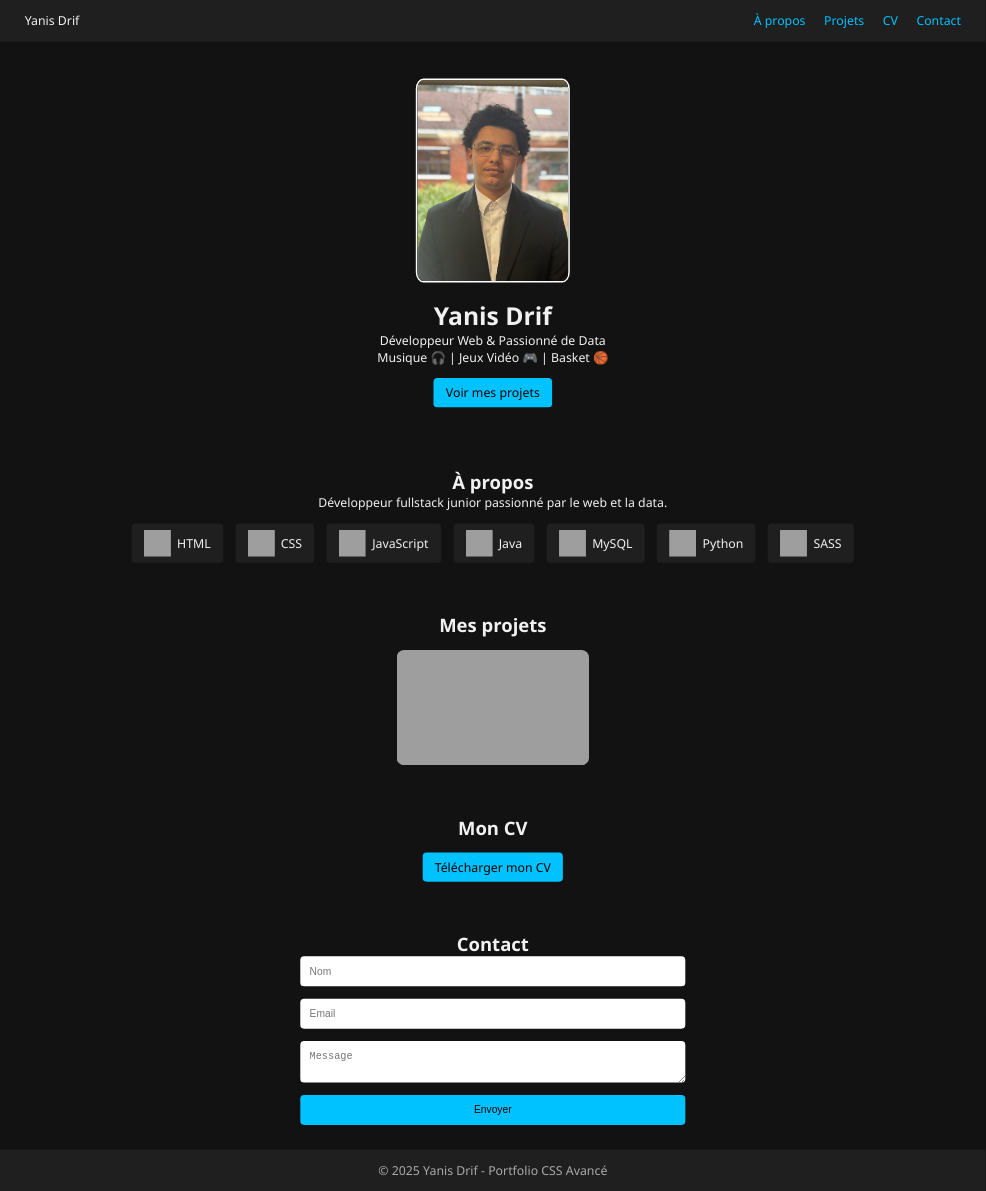
Repository: Yxniiss/ProjetCssAvance
Page: OneDrive/Bureau/Portfolio DrifYanis/home.html
An editor plug-in stored every save of this project. The page is shown before and after the next save, followed by the edit.
The browser window is 1280 px wide. The pictures show the whole page, at 77% of full size.
Pictures or frames that could not be fetched are drawn as grey boxes.

Above is the page before, as saved 2025-04-10 10:00:43.
Console error: TypeError: Cannot set properties of null (setting 'textContent')

### OneDrive/Bureau/Portfolio DrifYanis/home.html
<!DOCTYPE html>
<html lang="fr">
<head>
  <meta charset="UTF-8" />
  <meta name="viewport" content="width=device-width, initial-scale=1.0" />
  <title>Portfolio - Yanis Drif</title>
  <link rel="stylesheet" href="/style.css" />
  <script defer src="/script.js"></script>
</head>
<body>
  <nav class="navbar">
    <div class="logo">Yanis Drif</div>
    <ul class="nav-links">
      <li><a href="#apropos">À propos</a></li>
      <li><a href="#projets">Projets</a></li>
      <li><a href="#cv">CV</a></li>
      <li><a href="#contact">Contact</a></li>
    </ul>
  </nav>

  <header class="hero">
    <div class="hero__content">
      <img src="/image/IMG_0965 (2).jpeg" alt="Photo de profil" class="hero__image" />
      <h1 class="hero__name">Yanis Drif</h1>
      <p class="hero__tagline">Développeur <span>Web</span> & Passionné de Data</p>
      <p class="hero__desc">Musique 🎧 | Jeux Vidéo 🎮 | Basket 🏀</p>
      <a href="#projets" class="btn">Voir mes projets</a>
    </div>
  </header>

  <section id="apropos" class="section about">
    <h2>À propos</h2>
    <p>Développeur fullstack junior passionné par le web et la data.</p>
    <div class="skills">
      <div class="skill"><img src="https://devicon-website.vercel.app/api/html5/original-wordmark.svg" alt="HTML">HTML</div>
      <div class="skill"><img src="https://devicon-website.vercel.app/api/css3/original-wordmark.svg" alt="CSS">CSS</div>
      <div class="skill"><img src="https://devicon-website.vercel.app/api/javascript/original.svg" alt="JavaScript">JavaScript</div>
      <div class="skill"><img src="https://devicon-website.vercel.app/api/java/original-wordmark.svg" alt="Java">Java</div>
      <div class="skill"><img src="https://devicon-website.vercel.app/api/mysql/plain-wordmark.svg" alt="MySQL">MySQL</div>
      <div class="skill"><img src="https://devicon-website.vercel.app/api/python/original-wordmark.svg" alt="Python">Python</div>
      <div class="skill"><img src="https://devicon-website.vercel.app/api/sass/original.svg" alt="SASS">SASS</div>
    </div>
  </section>

  <section id="projets" class="section projets">
    <h2>Mes projets</h2>
    <div class="projects carousel">
      <img src="img/Capture d'écran 2025-04-09 23345.png" alt="Projet 1"/>
      <img src="/img/Capture d'écran 2025-04-09 12402 (1).png" alt="Projet 2" />
      <img src="/img/ChatGPT Image 9 avr. 2025, 23_49_51.png" alt="Projet 3" />
    </div>
  </section>

  <section id="cv" class="section cv">
    <h2>Mon CV</h2>
    <a href="/doc/CV Yanis (1) (1).pdf" download class="btn">Télécharger mon CV</a>
  </section>

  <section id="contact" class="section contact">
    <h2>Contact</h2>
    <form class="contact-form">
      <input type="text" placeholder="Nom" required />
      <input type="email" placeholder="Email" required />
      <textarea placeholder="Message" required></textarea>
      <button type="submit">Envoyer</button>
    </form>
  </section>

  <footer>
    <p>&copy; 2025 Yanis Drif - Portfolio CSS Avancé</p>
  </footer>
</body>
</html>

### OneDrive/Bureau/Portfolio DrifYanis/style.css
* {
    margin: 0;
    padding: 0;
    box-sizing: border-box;
  }

  body {
    font-family: "Segoe UI", sans-serif;
    background-color: #121212;
    color: #f1f1f1;
  }

  .navbar {
    display: flex;
    justify-content: space-between;
    padding: 1rem 2rem;
    background-color: #1f1f1f;
  }

  .nav-links {
    display: flex;
    list-style: none;
    gap: 1.5rem;
  }

  .nav-links a {
    color: #00c2ff;
    text-decoration: none;
  }

  .hero {
    padding: 3rem 1rem;
    text-align: center;
  }

  .hero__image {
    border-radius: 5%;
    width: 200px;
    border: 2px solid #ffffff;
    margin-bottom: 1rem;
  }

  .section {
    padding: 2rem 1rem;
    text-align: center;
  }

  .projects {
    display: flex;
    justify-content: center;
    gap: 1rem;
    flex-wrap: wrap;
    margin-top: 1rem;
  }

  .projects img {
    width: 250px;
    height: 150px;
    -o-object-fit: cover;
       object-fit: cover;
    border-radius: 10px;
  }

  .skills {
    display: flex;
    flex-wrap: wrap;
    gap: 1rem;
    justify-content: center;
    margin-top: 1rem;
  }

  .skill {
    display: flex;
    align-items: center;
    gap: 0.5rem;
    background-color: #1f1f1f;
    padding: 0.5rem 1rem;
    border-radius: 5px;
  }

  .skill img {
    width: 35px;
    height: 35px;
  }

  footer {
    padding: 1rem;
    text-align: center;
    background-color: #1f1f1f;
    color: #aaa;
  }

  .btn {
    display: inline-block;
    margin-top: 1rem;
    padding: 0.5rem 1rem;
    background-color: #00c2ff;
    color: #000;
    text-decoration: none;
    border-radius: 5px;
  }

  .contact-form {
    max-width: 500px;
    margin: auto;
    display: flex;
    flex-direction: column;
    gap: 1rem;
  }

  .contact-form input,
  .contact-form textarea {
    padding: 0.75rem;
    border: none;
    border-radius: 5px;
  }

  .contact-form button {
    background-color: #00c2ff;
    color: #000;
    padding: 0.75rem;
    border: none;
    border-radius: 5px;
    cursor: pointer;
  }

  .start h1{
    text-align: left;
    margin-top: 100px;
    font-size: 35px;
    margin-left: 100px;
  }

  .start h2{
    text-align: left;
    margin-top: 1px;
    font-size: 70px;
    margin-left: 100px;
  }

  .start h3{
    text-align: left;
    margin-top: 1px;
    font-size: 35px;
    margin-left: 100px;
  }

  #mot {
    color:#00c2ff;
  }

  #cursor{
    display: inline-block;
    width: 10px;
    background-color:black;
    animation: blink 0.8s step-end infinite;
  }

  @keyframes blink{
    50% {
      opacity: 0;
    }
  }

  @keyframes typing{
    from{
      width: 0;
    }
    to{
      width: 100%;
    }
  }

  #main{
    opacity: 0;
    transform: translateY(0);
    transition: opacity 5s ease, transform 5s ease;
  }

  body.loaded #main{
    opacity: 1;
    transform: translateY(0);
  }


  .start p{
    text-align: left;
    margin-left: 100px;
    margin-top: 20px;
    font-size: 20px;
  }

  .ntwrks {
    position: absolute;
    top: 410px;
    left: 110px;
    display: flex;
    flex-wrap: wrap;
    gap: 1rem;
  }

  .ntwrk {
    display: flex;
    align-items: center;
    gap: 0.5rem;
    background-color: #1f1f1f;
    padding: 1rem 1rem;
    border-radius: 100px;
    transition: 0.3s ease, opacity 0.3s ease;
  }

  .ntwrk:hover{
    transform: scale(1.2);
    opacity: 0.8;
  }

  .ntwrk img {
    width: 30px;
    height: 30px;
  }

  .modern-button{
    background-color:#00c2ff;
    font-size: 16px;
    font-weight: bold;
    border:none;
    padding: 15px 30px;
    border-radius: 25px;
    cursor: pointer;
    outline: none;
    position: relative;
    right:550px;
    top:120px;
    animation:glow 1.5s infinite alternate;
    transition: 0.3s ease, opacity 0.3s ease;
  }

  .modern-button a{
    color:white;
    text-decoration: none;
  }

  .modern-button:hover{
    transform: scale(1.2);
    opacity: 1;
  }

  @keyframes glow{
    0%{
      box-shadow: 0 0 10px 5px rgba(0, 194, 255, 0.6), 0 0 20px 10px rgba(0, 194, 255, 0.4);
    }
    100%{
      box-shadow: 0 0 20px 10px rgba(0, 194, 255, 1), 0 0 30px 15px rgba(0, 194, 255, 0.8);
    }
  }

  .image{
    max-width: 30%;
    position: relative;
    bottom: 350px;
    left: 350px;
  }

### OneDrive/Bureau/Portfolio DrifYanis/script.js

document.addEventListener('DOMContentLoaded', () => {
    // Scroll fluide
    document.querySelectorAll('a[href^="#"]').forEach(anchor => {
      anchor.addEventListener('click', function (e) {
        e.preventDefault();
        const target = document.querySelector(this.getAttribute('href'));
        if (target) {
          target.scrollIntoView({ behavior: 'smooth' });
        }
      });
    });

    // Carrousel automatique
    const images = document.querySelectorAll('.carousel img');
    let currentIndex = 0;

    function showSlide(index) {
      images.forEach((img, i) => {
        img.style.display = i === index ? 'block' : 'none';
      });
    }

    function nextSlide() {
      currentIndex = (currentIndex + 1) % images.length;
      showSlide(currentIndex);
    }

    if (images.length > 0) {
      showSlide(currentIndex);
      setInterval(nextSlide, 3000); // change every 3 seconds
    }
  });

  const mot = ["Etudiant", "Developpeur web", "Pasionné de code","Developpeur fullstack"];
  let index = 0;
  const element = document.getElementById("mot");
  const cursor = document.getElementById("cursor");

  let typingInterval;
  let currentWord = "";
  let currentCharIndex = 0;

  function  commencerTypingAnimation(){
    currentWord=mot[index];
    currentCharIndex = 0;
    element.textContent = '';

    typingInterval = setInterval(() =>{
      element.textContent += currentWord.charAt(currentCharIndex);
      currentCharIndex++;

      if(currentCharIndex === currentWord.length){
        clearInterval(typingInterval);
        setTimeout(changerMot,1000);
      }
    },150);
  }

  function changerMot(){
    element.textContent=mot[index];
    index++;
    if(index===mot.length){
      index=0;
    }
    commencerTypingAnimation();
  }
  commencerTypingAnimation();

  window.addEventListener('load', function () {
    document.body.classList.add('loaded');
  });

After the next save:
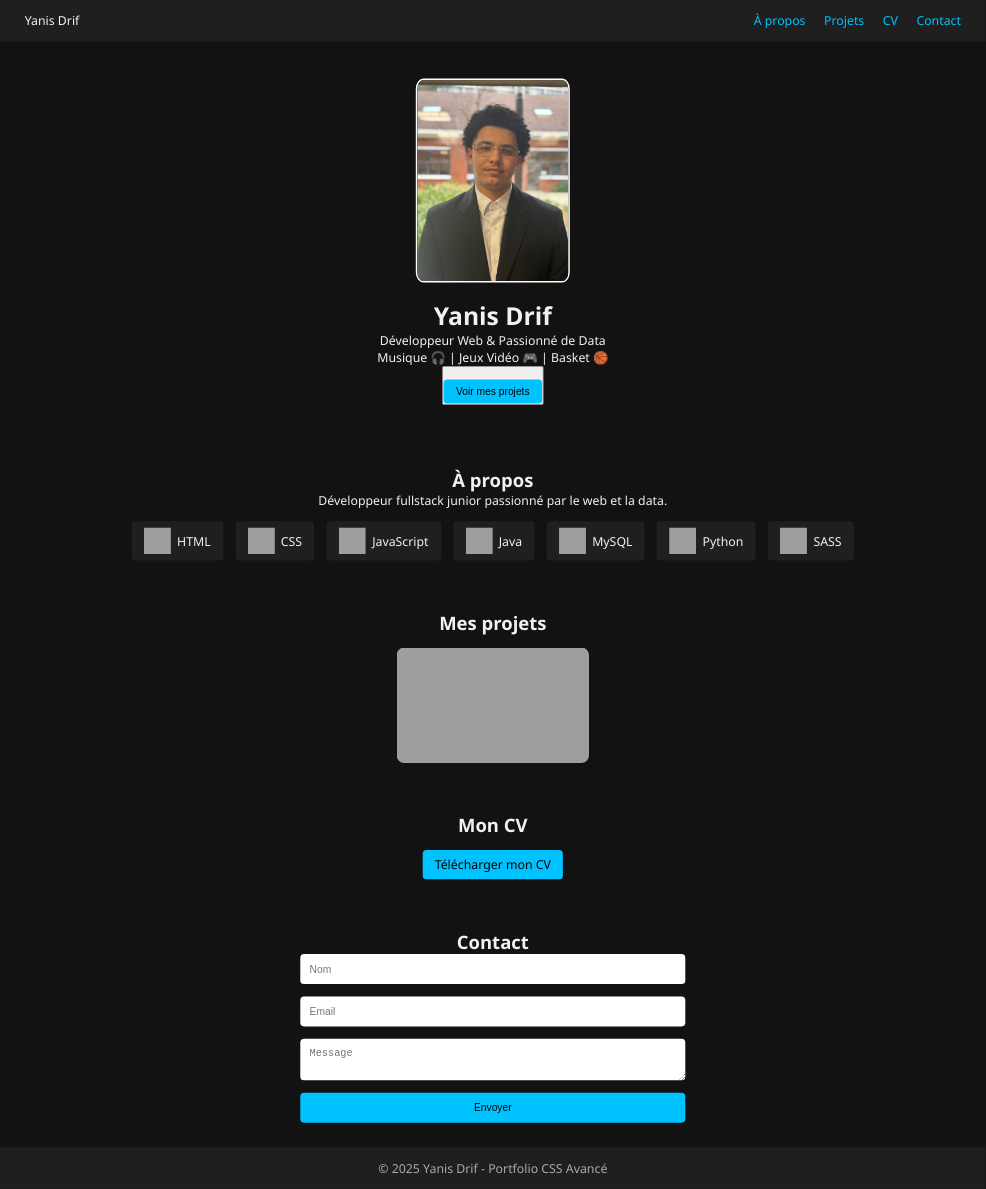
Saved 6 min 9 s later.
--- a/OneDrive/Bureau/Portfolio DrifYanis/home.html
+++ b/OneDrive/Bureau/Portfolio DrifYanis/home.html
@@ -24,7 +24,7 @@
       <h1 class="hero__name">Yanis Drif</h1>
       <p class="hero__tagline">Développeur <span>Web</span> & Passionné de Data</p>
       <p class="hero__desc">Musique 🎧 | Jeux Vidéo 🎮 | Basket 🏀</p>
-      <a href="#projets" class="btn">Voir mes projets</a>
+      <button><a href="#projets" class="btn">Voir mes projets</button></a>
     </div>
   </header>
 
